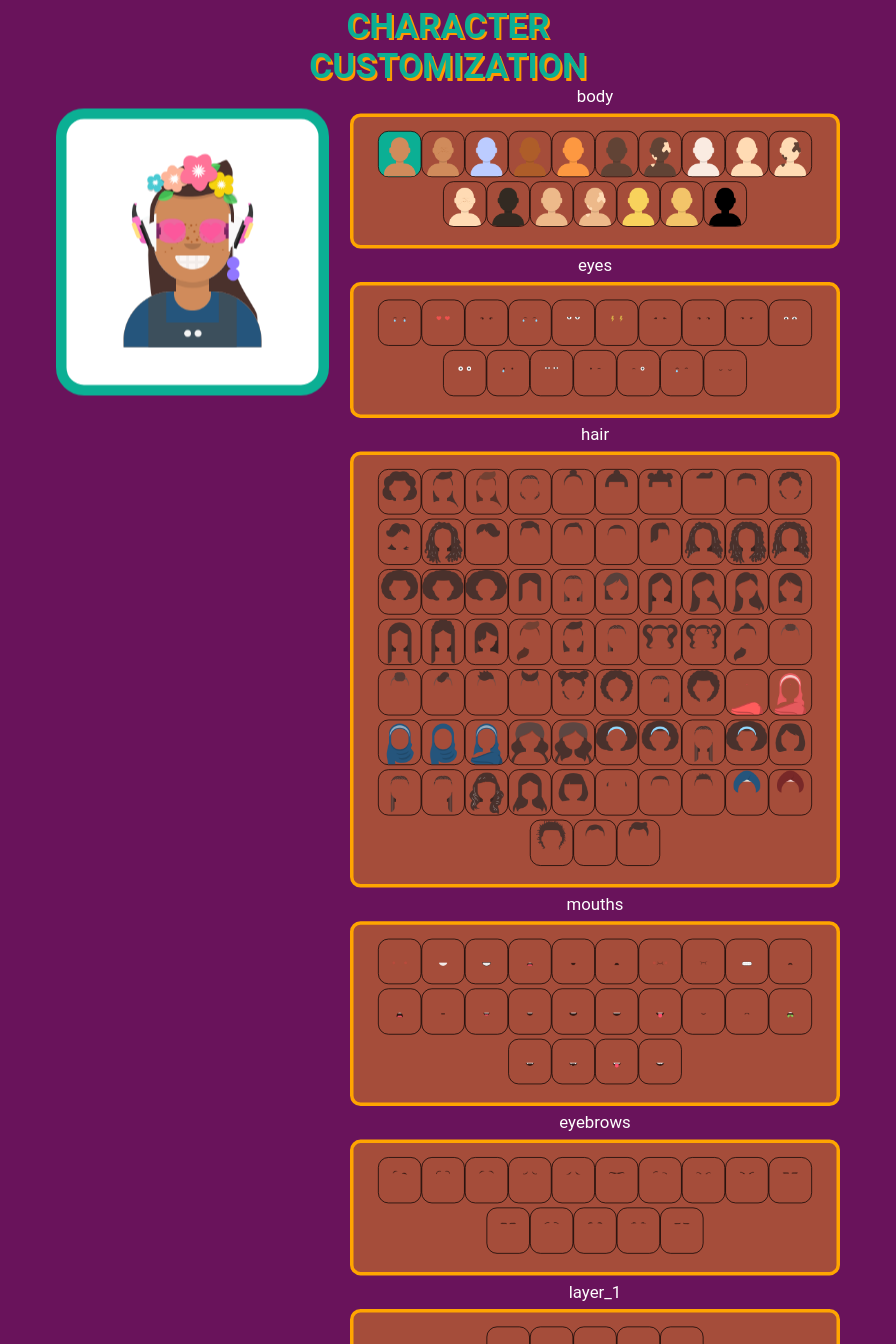
Repository: Kamaric112/react_clothing
Page: /
These files come from the project's save history. The page is drawn as it stood at one moment and after the next save; the edit follows.
The browser window is 1280 px wide. The pictures show the part of the page from y = 0 to 1920 px (the page is 3287 px tall), at 70% of full size.
The pointer rests on the first visible `.list img`.
The project was rebuilt for these pictures with package versions that can differ from the ones it lists, and the page was loaded fresh each time.

Above is the page before, as saved 2022-08-29 20:51:54.

### src/index.js
import React from "react";
import ReactDOM from "react-dom/client";
import App from "./components/App";

const root = ReactDOM.createRoot(document.getElementById("root"));

root.render(<App />);

### src/components/App.js
import React from "react";
import Header from "./Header";
import "./App.css";
import Avatar from "./Avatar";
import PartList from "./PartList";
import {useState} from "react"

const total = {
  body: 17,
  eyes: 17,
  hair: 73,
  mouths: 24,
  eyebrows: 15,
  hats: 28,
  glasses: 17,
  clothing1: 5,
  clothing2: 5,
  clothing3: 9,
};

function App() {


const [eyes, setEyes] = useState(2)
const [body, setBody] = useState(2)
const [layer_1, setLayer_1] = useState(2)
const [layer_2, setLayer_2] = useState(2)
const [layer_3, setLayer_3] = useState(2)
const [mouths, setMouths] = useState(2)
const [glasses, setGlasses] = useState(2)
const [hair, setHair] = useState(2)
const [earrings, setEarrings] = useState(2)
const [hats, setHats] = useState(2)




const handleClick = (e) => {
  console.log(e.target.src) //change states when clicked corresponding clothing
  const imageUrl = e.target.src
  console.log(imageUrl.split('/').pop().split('.')[0]) // split the src based on "/" then remove the last element, then split that element based on "." then choose the 1st element
}



  return (
    <div className="App">
      <Header />
      <div className="total-style">
        <Avatar eyes = {eyes} body = {body} layer_1 = {layer_1} layer_2 = {layer_2} layer_3 ={layer_3} mouths = {mouths} glasses = {glasses} hair = {hair} earrings = {earrings} hats = {hats}/>
        <div>
        <PartList type = "body" total ="17" index = "1" handleClick={(e) => setBody(e.target.src.split('/').pop().split('.')[0])} />
        <PartList type = "eyes" total ="17" index = "1" handleClick={(e) => setEyes(e.target.src.split('/').pop().split('.')[0])}/>
        <PartList type = "hair" total ="73" index = "1" handleClick={(e) => setHair(e.target.src.split('/').pop().split('.')[0])}/>
        <PartList type = "mouths" total ="24" index = "1" handleClick={(e) => setMouths(e.target.src.split('/').pop().split('.')[0])}/>
        <PartList type = "eyebrows" total ="15" index = "1" handleClick={(e) => setHair(e.target.src.split('/').pop().split('.')[0])}/>
        <PartList type = "layer_1" total ="5" index = "1" handleClick={(e) => setLayer_1(e.target.src.split('/').pop().split('.')[0])}/>
        <PartList type = "layer_2" total ="5" index = "1" handleClick={(e) => setLayer_2(e.target.src.split('/').pop().split('.')[0])}/>
        <PartList type = "layer_3" total ="9" index = "1" handleClick={(e) => setLayer_3(e.target.src.split('/').pop().split('.')[0])}/>
        <PartList type = "earrings" total ="32" index = "1" handleClick={(e) => setEarrings(e.target.src.split('/').pop().split('.')[0])}/>
        <PartList type = "hats" total ="28" index = "1" handleClick={(e) => setHats(e.target.src.split('/').pop().split('.')[0])} />
        <PartList type = "glasses" total ="17" index = "1" handleClick={(e) => setGlasses(e.target.src.split('/').pop().split('.')[0])}/>

        </div>


      </div>
    </div>
  );
}

export default App;

### src/components/Header.js
import React from "react";

function Header() {
  return (
    <>
      <div className="title">CHARACTER</div>
      <div className="subtitle">CUSTOMIZATION</div>
    </>
  );
}

export default Header;

### src/components/App.css
*,
*::after,
*::before {
  box-sizing: content-box;
  font-family: "Roboto", sans-serif;
}

body {
	background-color: rgb(105, 19, 91);
}

.App {
	max-width: 1200px;
	margin: 0 auto;
	display: flex;
	flex-direction: column;
	align-items: center;
}

.subtitle,
.title {
  text-align: center;
}

.title,
.subtitle {
  color: #0baf94;
  font-size: 50px;
  font-weight: 700;
  text-shadow: 3px 3px #f90;
}

.total-style {
  display: flex;

  justify-content: center;
  gap: 30px;
}

.avatar {
	width: 260px;
	height: 280px;
	position: relative;
}

.avatar-wrapper {
	border-radius: 40px;
	display: inline-block;
	border: 15px solid rgb(11, 175, 148);
	padding: 50px;
	position: sticky;
	background-color: #fff;
	top: calc(50% - 205px);
}

.list-section {
  max-width: 700px;
  text-align: center;
}

.partlist {
  display: flex;
  flex-direction: column;

}

.partlist div {
  color: white;
  font-size: 1.5rem;
}
.list {
  gap: 1rem;
  background-color: rgba(255,166,9,.4);
  border: 5px solid orange;
  border-radius: 15px;
  flex-wrap: wrap;
  margin: 10px 0;
  padding: 20px;
}

.list img {
  border: 1px solid black;
  border-radius: 15px
}

.list img:hover {
  background-color: #0baf94;
}

### src/components/Avatar.js
import React from 'react'
import Part from './Part'

function Avatar({eyes,body,layer_1,layer_2,layer_3,mouths,glasses,hair,earrings,hats}) {
  return (
    <div>
      <div className="avatar-wrapper">
        <div className="avatar">
          <Part type="body" position="0" index = {body}/>
          <Part type="layer_1" position="1" index = {layer_1}/>
          <Part type="layer_2" position="1" index = {layer_2}/>
          <Part type="layer_3" position="1" index = {layer_3}/>
          <Part type="mouths" position="2" index = {mouths}/>
          <Part type="noses" position="2" index = "1"/>
          <Part type="eyes" position="2" index = {eyes}/>
          <Part type="glasses" position="3" index = {glasses}/>
          <Part type="hair" position="3" index = {hair}/>
          <Part type="earrings" position="3" index = {earrings}/>
          <Part type="hats" position="4" index = {hats}/>

        </div>
      </div>
    </div>
  )
}

export default Avatar

### src/components/PartList.js
import React from 'react'


function PartList({type,index,total,handleClick}) {

  let parts=[]
  const accessories = ["hats","glasses","earrings"]
  const clothing = ["layer_1","layer_2","layer_3"]



  for (index;index<= total; index++) {
    if ( accessories.includes(type)) {
      parts.push( <img key= {index} src={`character/accessories/${type}/${index}.png`} width="60px" onClick= {handleClick} alt= {type}/>)
    } else if ( clothing.includes(type)) {
      parts.push( <img key= {index} src={`character/clothes/${type}/${index}.png`} width="60px" onClick={handleClick} alt= {type}/>)
    }
    else {
      parts.push( <img key= {index} src={`character/${type}/${index}.png`} width="60px" onClick={handleClick} alt= {type}/>)
    }
  }


  return (
      <div className="list-section">
        <div className="partlist">
          <div>{type}</div>
          <div className="list">
            {parts}
          </div>
        </div>
      </div>
  )
}

export default PartList

### src/components/Part.js
import React from 'react'

function Part({type,position,index}) {

  const accessories = ["hats","glasses","earrings"]
  const clothing = ["layer_1","layer_2","layer_3"]

  const commonStyle = {
    position: "absolute",
    width: "260px",
    zIndex: `${position}`
  }
  if ( accessories.includes(type)) {
    return (<img src={`character/accessories/${type}/${index}.png`}  alt={`${type}`}  style= {commonStyle}/>)
  } else if ( clothing.includes(type)) {
  return (<img src={`character/clothes/${type}/${index}.png`}  alt={`${type}`}  style= {commonStyle}/>)
  } else if (type ==="noses") {
    return (<img src={`character/${type}/1.png`} alt={`${type}`} style= {commonStyle}/>)
  } else {
    return (<img src={`character/${type}/${index}.png`}  alt={`${type}`} style= {commonStyle}/>)
  }
}
export default Part

Loaded but not shown: public/index.html (common file); public/manifest.json (common file)

After the next save:
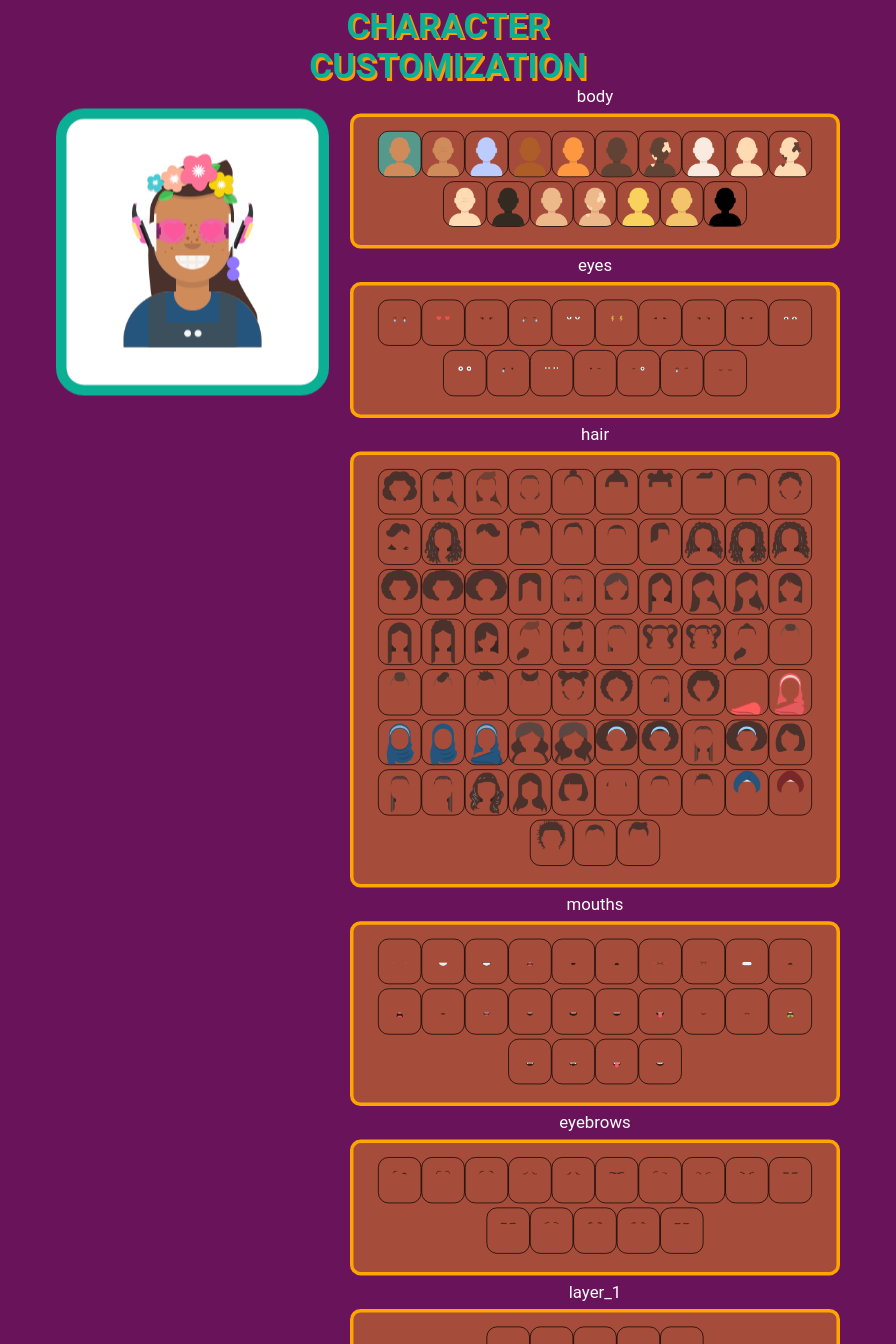
Saved 17 s later.
--- a/src/components/App.css
+++ b/src/components/App.css
@@ -84,5 +84,5 @@ body {
 }
 
 .list img:hover {
-  background-color: #0baf94;
+  background-color: #57988d;
 }
